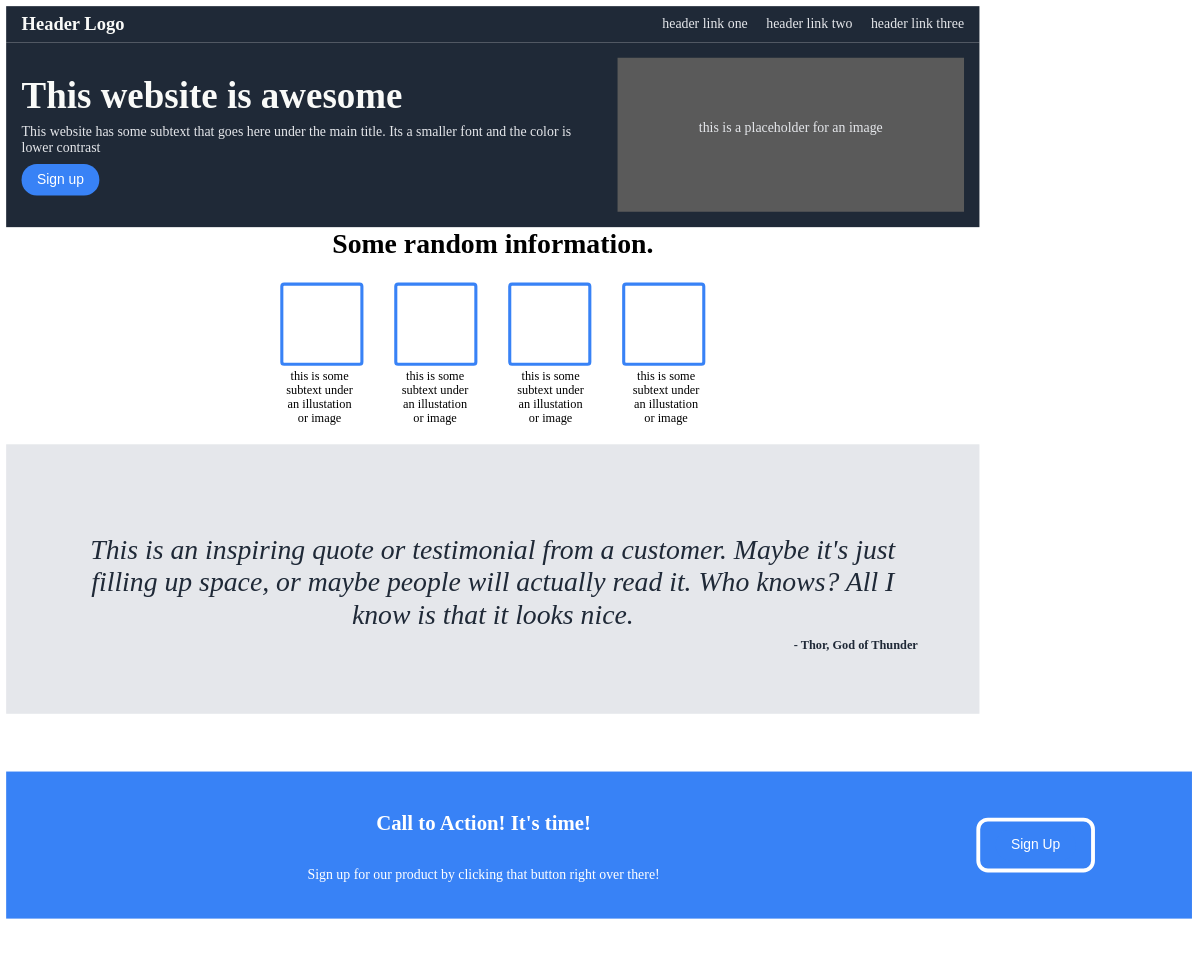
Repository: mnhardy1504/odin-recipes1
Page: flexboxlanding/index.html
These files come from the project's save history. The page is drawn as it stood at one moment and after the next save; the edit follows.
The browser window is 1280 px wide. The page is 1548 px wide, so the pictures cover 1548 px, including what lies to the right of the window. The pictures show the whole page, at 77% of full size.

Above is the page before, as saved 2023-09-15 14:36:17.

### flexboxlanding/index.html
<!DOCTYPE html>
<html>

<head>
    <meta charset="UTF-8">
    <link rel="stylesheet" href="index.css">
</head>

<body>
    <div class="header">
        <div class="header-logo"><strong>Header Logo</strong></div>
        <div class="header-links">
            <a href="#">header link one</a>
            <a href="#">header link two</a>
            <a href="#">header link three</a>
        </div>
    </div>

    <div class="flexbox-section">
        <div class="flexbox-content">
            <h1>This website is awesome</h1>
            <p class="subtext">This website has some subtext that goes here under the main title. Its a smaller font and
                the color is lower contrast</p>
            <button>Sign up</button>
        </div>
        <div class="image-container">
            <div class="image-placeholder">
                <div class="image-text">this is a placeholder for an image</div>
            </div>
        </div>
    </div>

    <div class="random"><strong>Some random information.</strong></div>

    <div class="square-container">
        <div class="square">
            <div class="square-text">
            </div>
        </div>
        <div class="square">
            <div class="square-text">
            </div>
        </div>
        <div class="square">
            <div class="square-text">
            </div>
        </div>
        <div class="square">
            </div>
        </div>
        <div class="text-container">
            <div class="text-box">this is some subtext under an illustation or image</div>
            <div class="text-box">this is some subtext under an illustation or image</div>
            <div class="text-box">this is some subtext under an illustation or image</div>
            <div class="text-box">this is some subtext under an illustation or image</div>
        </div>
    </div>
    <div class="quote-section">
        <p class="quote-text">
            This is an inspiring quote or testimonial from a customer. Maybe it's just filling up space, or maybe people
            will actually read it. Who knows? All I know is that it looks nice.
        </p>
        <div class="quote-author">
            <strong>- Thor, God of Thunder</strong>
        </div>
    </div>

    <div class="call-to-action-box">
        <div class="call-to-action-content">
            <h2>Call to Action! It's time!</h2>
            <p>Sign up for our product by clicking that button right over there!</p>
        </div>
        <div class="call-to-action-button">
            <button>Sign Up</button>
        </div>
    </div>
</body>

</html>

### flexboxlanding/index.css
.header {
    background-color: #1F2937; /* Header background color */
    color: white; /* Text color inside the header */
    display: flex;
    justify-content: space-between; /* Space between logo and links */
    align-items: center;
    padding: 10px 20px; /* Add padding to the header */
}

.header-logo {
    font-size: 24px;
     color: #f9faf8;
     margin-right: 20px;
}

.header-links a {
    text-decoration: none; /* Remove underlines from links */
    font-size: 18px;
    color: #e5e7eb;
    margin-left: 20px; /* Add spacing between links */
}

.header-links a:hover {
    text-decoration: underline;
}

.flexbox-section {
    background-color: #1F2937; /* Background color for the flexbox section */
    color: #f9faf8; /* Text color inside the flexbox section */
    display: flex;
    justify-content: space-between; /* Space between content and image */
    align-items: center;
    padding: 20px; /* Add padding to the flexbox section */
}

.flexbox-content {
    max-width: 60%; /* Adjust the maximum width of the content */
}

h1 {
    font-size: 48px;
    font-weight: bold; /* Extra-bold */
    margin: 0; /* Remove default margin */
}

.subtext {
    font-size: 18px;
    color: #e5e7eb; /* Subtext color */
    margin: 10px 0; /* Add spacing around subtext */
}

.image-container {
    display: flex;
    align-items: center; /* Vertically align content if needed */
}

.image-placeholder {
    width: 450px;
    height: 200px;
    background-color: #5A5A5A;
}

.image-text {
    font-size: 18px;
    color: #e5e7eb;
    text-align: center;
    padding: 80px;
}

.square-container {
    display: flex;
    justify-content:center;
    align-items: center;
    flex-wrap: wrap;
    background-color: white;
    padding: 10px;
}

.square {
    width: 100px;
    height: 100px;
    background-color: white;
    border: 4px solid #3882F6;
    text-align: center;
    display: flex;
    flex-direction: column;
    justify-content: space-between;
    align-items: center;
    color: white;
    margin: 20px;
    border-radius: 5px;
}

.text-container {
    display: flex;
    justify-content: center;
    align-items: center;
    flex-wrap: wrap;
    margin-top: -50px;
}

.text-box {
    width: 100px;
    text-align: center;
    margin: 25px;
}

.random {
    text-align: center;
    justify-content: center;
    font-size: 36px
}

.quote-section {
    background-color: #e5e7eb;
    padding: 80px;
    text-align: center;
}

.quote-text {
    font-size: 36px;
    font-style: italic;
    color: #1F2937;
    margin-bottom: 10px;
}

.quote-author {
    font-style: light italic;
    color: #1F2937;
    text-align: right;
    font-weight: 800;
}

.call-to-action-box {
    display: flex; /* Use flexbox for layout */
    background-color: #3882F6; /* White background for the container */
    padding: 20px;
    width: 1500px;
    margin: 75px auto;
}

.call-to-action-content {
    flex-grow: 1; /* Make this div expand to fill the available space */
    display: flex; /* Use flexbox within the container */
    flex-direction: column; /* Stack items vertically */
    align-items: center; /* Center items horizontally */
    justify-content: center; /* Center items vertically */
    max-width: 1200px;
    font-size: 18px;
    color: white;
}

.call-to-action-button {
    background-color: #3882F6; /* Blue background for the button */
    color: white;
    padding: 10px 20px; /* Adjust padding if needed */
    border: 5px solid white; /* Set border style and color */
    border-radius: 15px;
    font-size: 18px;
    cursor: pointer;
    height: 100; /* Adjust the height to your preference */
    margin: 40px;
}


/* Add hover effect to the button */
.call-to-action-content button:hover {
    background-color: #1F5CFF; /* Darker blue on hover */
}

button {
    background-color: #3882F6;
    color: white;
    padding: 10px 20px;
    border: white;
    border-radius: 20px;
    font-size: 18px;
    cursor: pointer;
    align-items: right;
    text-align: right;
}

button:hover {
    background-color: #3882F6
}

After the next save:
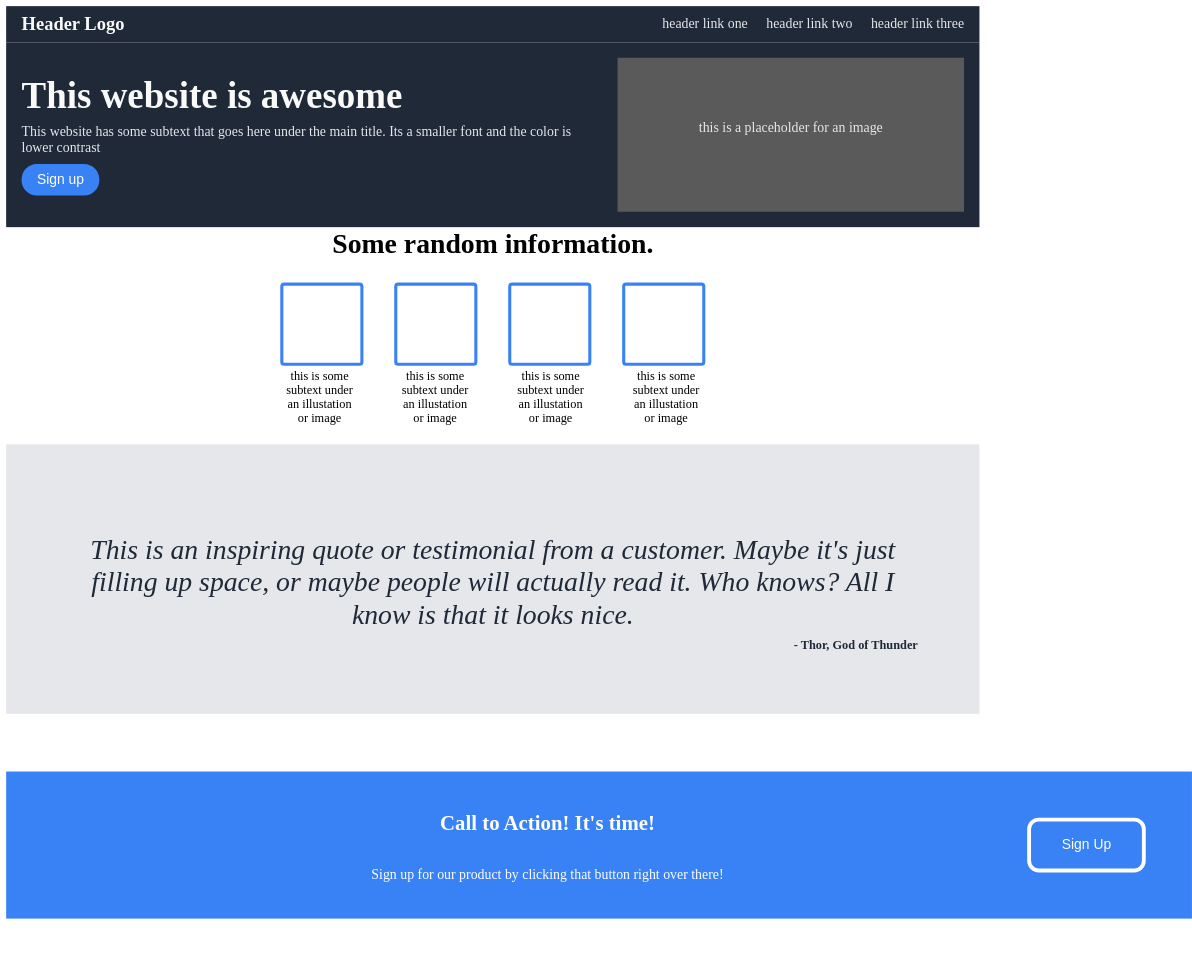
Saved 5 min 28 s later.
--- a/flexboxlanding/index.css
+++ b/flexboxlanding/index.css
@@ -145,6 +145,7 @@ h1 {
     flex-direction: column; /* Stack items vertically */
     align-items: center; /* Center items horizontally */
     justify-content: center; /* Center items vertically */
+    margin-left: 100px ;
     max-width: 1200px;
     font-size: 18px;
     color: white;
